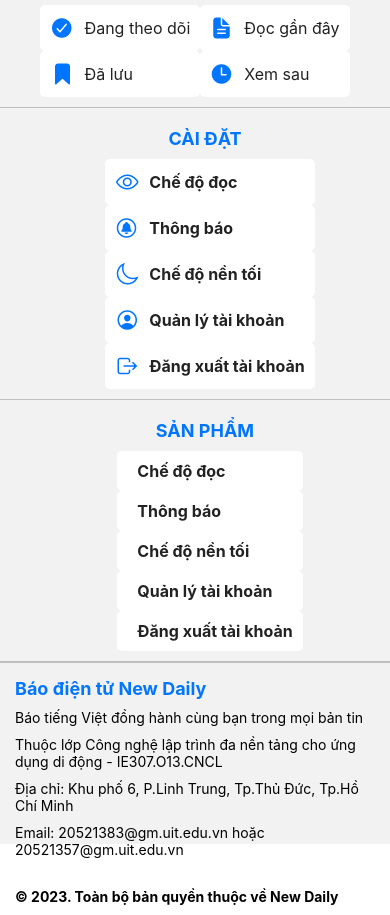
Repository: Quynhhuong150322/New_Daily
Screen: /Home
These files come from the project's save history. The screen is drawn as it stood at one moment and after the next save; the edit follows.
An inner scrolling area shows only its first screen. The app was drawn by React Native's web renderer in a window 390 px wide. The project was rebuilt for these pictures with package versions that can differ from the ones it lists, and the page was loaded fresh each time. Also part of the build but not shown: firebase.js, screens/Login.js, screens/Signup.js, screens/Trending.js, screens/Save.js, screens/Profile.js, screens/BottomTab.js, screens/Setting.js.

Above is the screen before, as saved 2023-12-20 02:30:16.

### App.js
import React from "react";
import {  StyleSheet, View } from "react-native";
import AppNavigator from "./navigation/AppNavigator";


export default function App() {
  return (
    <View style={styles.container}>
      <AppNavigator />
    </View>
  );
}

const styles = StyleSheet.create({
  container: {
    flex: 1,
  },
});

### navigation/AppNavigator.js
import { NavigationContainer } from '@react-navigation/native';
import { createNativeStackNavigator } from "@react-navigation/native-stack"
import Login from "../screens/Login";
import Signup from "../screens/Signup";
import  Welcome from "../screens/Welcome";
import  Home from "../screens/Home";
import  BottomTab from "../screens/BottomTab";
import Trending from '../screens/Trending'
import Save from '../screens/Save'
import Profile from '../screens/Profile'
import Setting from '../screens/Setting'

const Stack = createNativeStackNavigator();


export default function AppNavigator() {
  return (
    <NavigationContainer>
      <Stack.Navigator
        initialRouteName='Welcome'
      >
        <Stack.Screen
          name="Welcome"
          component={Welcome}
          options={{
            headerShown: false
          }}
        />
        <Stack.Screen
          name="Login"
          component={Login}
          options={{
            headerShown: false
          }}
        />
        <Stack.Screen
          name="Signup"
          component={Signup}
          options={{
            headerShown: false
          }}
        />
        <Stack.Screen
          name="BottomTab"
          component={BottomTab}
          options={{ headerShown: false }}
        />
        <Stack.Screen
          name="Home"
          component={Home}
          options={{ headerShown: false }}
        />
        <Stack.Screen
          name="Trending"
          component={Trending}
        />
        <Stack.Screen
          name="Save"
          component={Save}
        />
        <Stack.Screen
          name="Profile"
          component={Profile}
        />
        <Stack.Screen
          name="Setting"
          component={Setting}
          // options={{ headerShown: false }}
        />
      </Stack.Navigator>
    </NavigationContainer>
  );
}

### screens/Welcome.js
import { View, Text, Pressable, Image } from 'react-native'
import React from 'react'
import { LinearGradient } from "expo-linear-gradient";
import colors from '../constants/colors';
import Button from '../components/Button';

const Welcome = ({ navigation }) => {

    return (
        <LinearGradient
            style={{
                flex: 1
            }}
            colors={[colors.Xanh_nhat, colors.Xanh_nhat]}
        >
            <View style={{ flex: 1 }}>
                <View>
                    <Image
                        source={require("../assets/Loading.png")}
                        style={{
                            height: 500,
                            width: 500,
                            position: "absolute",
                            top: 5,
                            right: -50,
                        }}
                    />

                    {/* <Image
                        source={require("../assets/Logo-4.png")}
                        style={{
                            height: 100,
                            width: 100,
                            borderRadius: 20,
                            position: "absolute",
                            top: -30,
                            left: 100,
                            transform: [
                                { translateX: 50 },
                                { translateY: 50 },
                                { rotate: "-5deg" }
                            ]
                        }}
                    /> */}
                </View>

                {/* content  */}

                <View style={{
                    paddingHorizontal: 22,
                    position: "absolute",
                    top: 400,
                    width: "100%"
                }}>
                    <Text style={{
                        fontSize: 25,
                        fontWeight: 1000,
                        color: colors.Xam1,
                        top: 30,
                        fontFamily: 'OpenSans-Regular',
                    }}>Đọc báo chỉ với một ứng dụng</Text>
                    <Text style={{
                        fontSize: 40,
                        fontWeight: 800,
                        color: colors.Den,
                        fontFamily: 'Helvetica-Bold',
                        top: 40,
                    }}>New Daily</Text>

                    <View style={{ marginVertical: 22 }}>
                        <Text style={{
                            fontSize: 16,
                            color: colors.Xam1,
                            marginVertical: 4,
                            top: 40,
                            fontFamily: 'OpenSans-Regular',
                        }}>Đọc tin tức mới nhất một cách mượt mà và nhanh chóng vào thời gian rảnh</Text>

                    </View>

                    <Button
                        title= {
                            <Text style={{
                                color: colors.Trang, fontSize: 25,
                                fontFamily: 'Helvetica-Bold',
                                }}>Đọc ngay
                            </Text>
                        }
                        onPress={() => navigation.navigate("Signup")}
                        style={{
                            marginTop: 22,
                            width: "100%",
                            backgroundColor: colors.Xanh_dam,
                            top: 30,
                        }}
                    />

                    <View style={{
                        flexDirection: "row",
                        marginTop: 12,
                        justifyContent: "center",
                        top: 50
                    }}>
                        <Text style={{
                            fontSize: 16,
                            color: colors.Den
                        }}>Bạn đã có tài khoản chưa?</Text>
                        <Pressable
                            onPress={() => navigation.navigate("Login")}
                        >
                            <Text style={{
                                fontSize: 16,
                                color: colors.Xanh_dam,
                                fontWeight: "bold",
                                marginLeft: 4
                            }}>Đăng nhập</Text>
                        </Pressable>

                    </View>
                </View>
            </View>
        </LinearGradient>
    )
}

export default Welcome

### screens/Home.js
import { View, Text, StyleSheet, Button } from "react-native";
import React from "react";
// import React, {useState} from "react";
import colors from '../constants/colors';
import Divider from '../components/Divider';
import Tab from '../components/Tab';
import { SafeAreaView } from "react-native-safe-area-context";
import { Ionicons } from "@expo/vector-icons";
import { useNavigation } from '@react-navigation/core';

export default function Home({navigation}) {
  return (
    <View style={styles.container}>
      <Text>Home</Text>
      <View style={{
            flexDirection: 'row',
            justifyContent: 'space-around',
            alignItems: 'center',
          }}>

            <View style={{
                color: colors.Den,
                marginRight: 30
              }}>
              <Text style={{
                fontSize: 16,
                }}>
                Chào mừng
              </Text>
              <Text style={{
                fontSize: 20,
                marginTop: 10,
                fontWeight: 'bold',
                }}>
                Nhóm Hương Hồng
              </Text>
            </View>


          </View>

          <View style = {{
            flexDirection: 'row',
            justifyContent: 'space-around',
            alignItems: 'center',
            marginBottom: 10,
            marginTop: 20}}>
            <View>
              <Tab icon="checkmark-circle" title="Đang theo dõi" navigateTo="Home" />
              <Tab icon="bookmark" title="Đã lưu" navigateTo="Home" />
            </View>
            <View>
              <Tab icon="document-text" title="Đọc gần đây" navigateTo="Home" />
              <Tab icon="time" title="Xem sau" navigateTo="Home" />
            </View>
          </View>

          <Divider color={colors.Xam3}  />

          <Text style={{
            fontSize: 18,
            marginLeft: 20,
            marginTop:20,
            color: colors.Xanh_dam,
            fontWeight: 'bold',
            }}>
            CÀI ĐẶT
          </Text>

          <View style = {{
            fontSize: 18,
            marginBottom: 10,
            marginTop: 10,
            marginLeft: 30
            }}>
            <Tab icon="eye-outline" title="Chế độ đọc " navigateTo="Home" fontWeight='bold' />
            <Tab icon="notifications-circle-outline" title="Thông báo" navigateTo="Home" fontWeight='bold'/>
            <Tab icon="moon-outline" title="Chế độ nền tối" navigateTo="Home" fontWeight='bold'/>
            <Tab icon="person-circle-outline" title="Quản lý tài khoản " navigateTo="Home" fontWeight='bold'/>
            <Tab icon="log-out-outline" title="Đăng xuất tài khoản" navigateTo="Home" fontWeight='bold'/>
          </View>

          <Divider color={colors.Xam3}  />

          <Text style={{
            fontSize: 18,
            marginLeft: 20,
            marginTop:20,
            color: colors.Xanh_dam,
            fontWeight: 'bold',
            }}>
            SẢN PHẨM
          </Text>

          <View style = {{
            fontSize: 18,
            marginBottom: 10,
            marginTop: 10,
            marginLeft: 30
            }}>
            <Tab title="Chế độ đọc " navigateTo="Home" fontWeight='bold' />
            <Tab title="Thông báo" navigateTo="Home" fontWeight='bold'/>
            <Tab title="Chế độ nền tối" navigateTo="Home" fontWeight='bold'/>
            <Tab title="Quản lý tài khoản " navigateTo="Home" fontWeight='bold'/>
            <Tab title="Đăng xuất tài khoản" navigateTo="Home" fontWeight='bold'/>
          </View>

          <Divider color={colors.Xam3}  />

          <Divider color={colors.Xam3}  />

          <View style={{
            margin: 15,
            // marginLeft: 20,

          }}>
            <Text style={{
              fontSize: 18,
              marginBottom: 10,
              color: colors.Xanh_dam,
              fontWeight: 'bold'}}>
              Báo điện tử New Daily
            </Text>
            <Text style={{
              marginBottom: 10,
              }}>
              Báo tiếng Việt đồng hành cùng bạn trong mọi bản tin
            </Text>
            <Text style={{
              marginBottom: 10,
              }}>
              Thuộc lớp Công nghệ lập trình đa nền tảng cho ứng dụng di động - IE307.O13.CNCL
            </Text>
            <Text style={{
              marginBottom: 10,
              }}>
              Địa chỉ: Khu phố 6, P.Linh Trung, Tp.Thủ Đức, Tp.Hồ Chí Minh
            </Text>
            <Text style={{
              marginBottom: 30,
              }}>
              Email: 20521383@gm.uit.edu.vn hoặc 20521357@gm.uit.edu.vn
            </Text>
            <Text style={{
              marginBottom: 10,
              fontWeight: 'bold'
              }}>
              © 2023. Toàn bộ bản quyền thuộc về New Daily
            </Text>
          </View>
    </View>
  );
}
const styles = StyleSheet.create({
  container: {
    flex: 1,
    justifyContent: "center",
    alignItems: "center",
  },
});

### constants/colors.js
const colors = {
    Xanh_nhat: "#D0ECEF",
    Xanh_dam: "#0075FF",
    Do: "#FF0000",
    Xam1: "#666666",
    Xam2: "#9E9C9C",
    Xam3: "#C0C0C0",
    Den: "#222222",
    Trang: "#FFFFFF",

}

export default colors;

### components/Button.js
import { Text, TouchableOpacity, StyleSheet } from 'react-native'
import React from 'react'
import colors from '../constants/colors'

const Button = (props) => {
    const filledBgColor = props.color || colors.primary;
    const outlinedColor = colors.white;
    const bgColor = props.filled ? filledBgColor : outlinedColor;
    const textColor = props.filled ? colors.white : colors.primary;

    return (
        <TouchableOpacity
            style={{
                ...styles.button,
                ...{ backgroundColor: bgColor },
                ...props.style
            }}
            onPress={props.onPress}
        >
            <Text style={{ fontSize: 20, ... { color: textColor } }}>{props.title}</Text>
        </TouchableOpacity>
    )
}

const styles = StyleSheet.create({
    button: {
        paddingBottom: 16,
        paddingVertical: 10,
        borderColor: colors.Xanh_dam,
        borderWidth: 2,
        borderRadius: 12,
        alignItems: 'center',
        justifyContent: 'center'
    }
})
export default Button

### components/Divider.js
import React from 'react';
import { View, StyleSheet } from 'react-native';
import colors from '../constants/colors';

const Divider = ({ color = colors.Xam1, length = '100%' }) => {
    return (
        <View
        style={{
            ...styles.divider,
            backgroundColor: color,
            width: length
        }}
        />
    );
};

const styles = StyleSheet.create({
    divider: {
    height: 1,
    marginHorizontal: 10,
    alignSelf: 'center'
    }
});

export default Divider;

### components/Tab.js
import React from 'react';
import { TouchableOpacity, Text, StyleSheet, View } from 'react-native';
import { Ionicons } from '@expo/vector-icons';
import { useNavigation } from '@react-navigation/native';
import colors from '../constants/colors';

const Tab = ({ icon, title, navigateTo, fontSize = 16, fontWeight = 'normal' }) => {
    const navigation = useNavigation();

    return (
        <TouchableOpacity style={styles.button} onPress={() => navigation.navigate(navigateTo)}>
        <Ionicons name={icon} size={24} color="#0075FF" />
        <Text style={{ ...styles.text, fontSize: fontSize, fontWeight }}>{title}</Text>
        </TouchableOpacity>
    );
};

const styles = StyleSheet.create({
    button: {
        flexDirection: 'row',
        alignItems: 'center',
        backgroundColor: colors.Trang,
        padding: 10,
        borderRadius: 5
    },
    text: {
        marginLeft: 10,
        color: colors.Den,
        // fontSize: 16
    }
});

export default Tab;

After the next save:
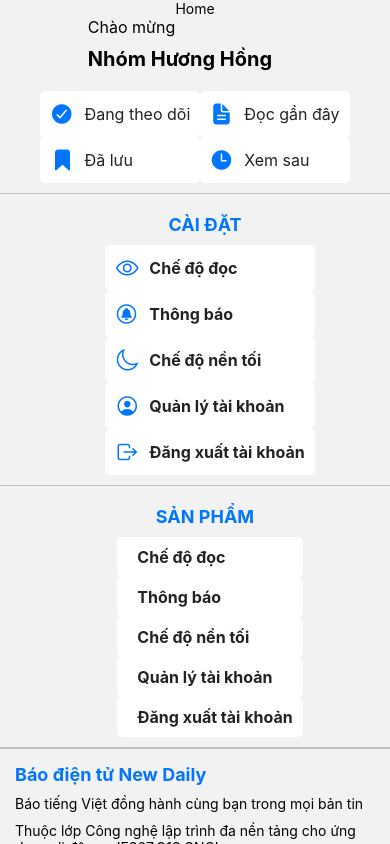
Saved 3 min 38 s later.
--- a/screens/Home.js
+++ b/screens/Home.js
@@ -1,4 +1,4 @@
-import { View, Text, StyleSheet, Button } from "react-native";
+import { View, Text, StyleSheet, ScrollView, Image } from "react-native";
 import React from "react";
 // import React, {useState} from "react";
 import colors from '../constants/colors';
@@ -10,6 +10,7 @@ import { useNavigation } from '@react-navigation/core';
 
 export default function Home({navigation}) {
   return (
+  <ScrollView>
     <View style={styles.container}>
       <Text>Home</Text>
       <View style={{
@@ -149,6 +150,8 @@ export default function Home({navigation}) {
             </Text>
           </View>
     </View>
+  </ScrollView>
+
   );
 }
 const styles = StyleSheet.create({
